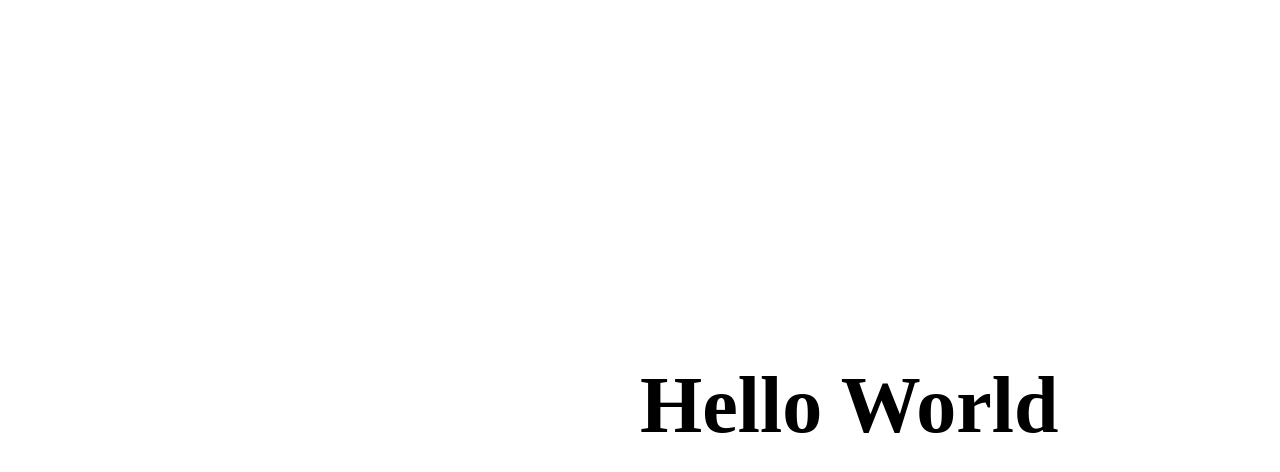
Repository: sarahlochhead/css-demo
Page: index.html
These files come from the project's save history. The page is drawn as it stood at one moment and after a run of saves; the edit follows.
The browser window is 1280 px wide. The pictures show the whole page.

Above is the page before, as saved 2023-04-28 12:05:38.

After the next 2 saves:
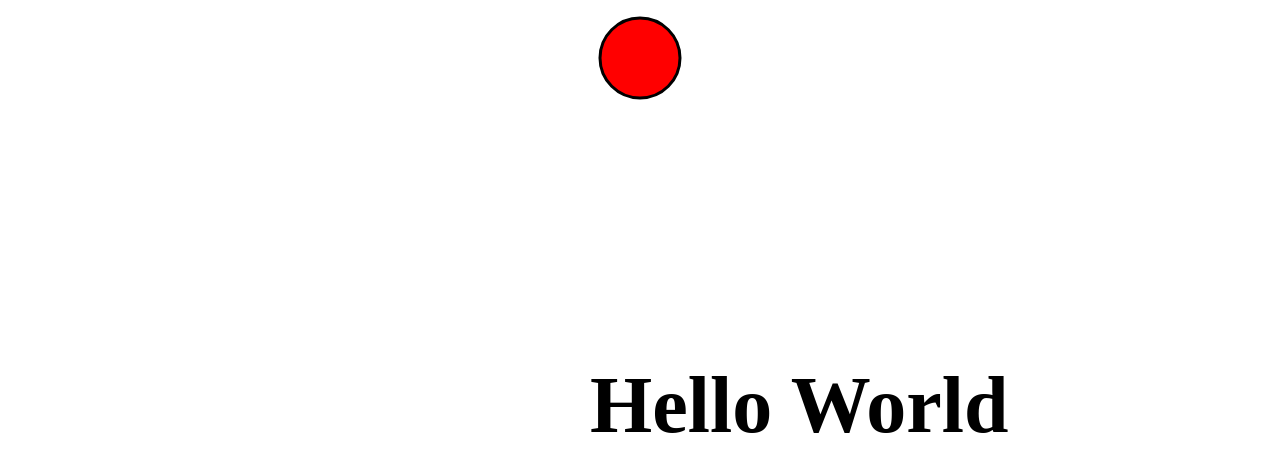
The 2 saves are shown as one change because they came seconds apart.
The last was saved 44 s later.
--- a/index.html
+++ b/index.html
@@ -11,7 +11,9 @@
     <header>
         <h1>Hello World</h1>
     </header>
-
+    <svg height="100" width="100">
+        <circle cx="50" cy="50" r="40" stroke="black" stroke-width="3" fill="red" />
+    </svg>
 
 
 
